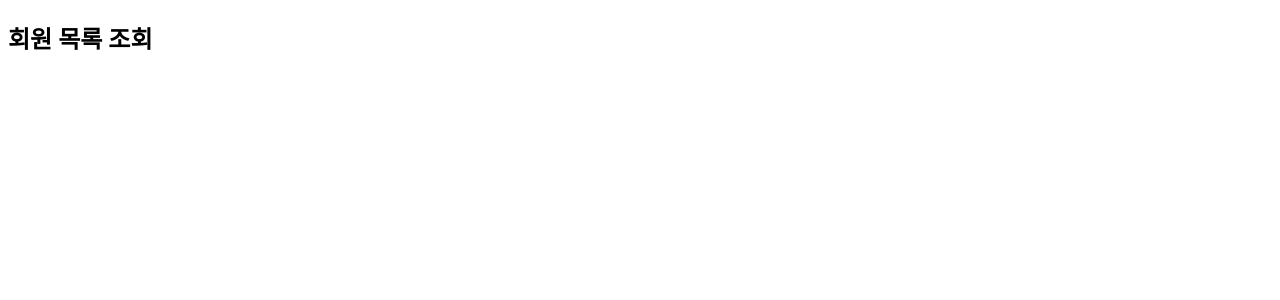
Repository: design-view/jspstudy
Page: http://localhost/GreenJsp/04jdbc/memberlist.jsp
The author's editor kept a copy of each file at every save. The page is drawn from the files as they stood at one save, then again after the next save.
The browser window is 1280 px wide. The pictures show the whole page.
The page is served by Tomcat 9. Other server files are loaded and not shown. Queries for data that is not in the repository find no rows.

Above is the page before, as saved 2024-01-15 02:31:15.

### GreenJsp/src/main/webapp/04jdbc/memberlist.jsp
<%@page import="java.util.ArrayList"%>
<%@page import="member.MemberDTO"%>
<%@page import="java.util.List"%>
<%@page import="java.util.Date"%>
<%@page import="java.sql.ResultSet"%>
<%@page import="java.sql.Statement"%>
<%@page import="common.JDBCConnect"%>
<%@ page language="java" contentType="text/html; charset=UTF-8"
    pageEncoding="UTF-8"%>
<!DOCTYPE html>
<html>
<head>
<meta charset="UTF-8">
<title>Insert title here</title>
</head>
<body>
	<h2>회원 목록 조회</h2>
	<%
		//오라클 접속
		JDBCConnect jdbc = new JDBCConnect();
		//쿼리문
		String sql = "select * from member";
		Statement stmt = jdbc.con.createStatement();
		ResultSet rs = stmt.executeQuery(sql);
		List<MemberDTO> memberlist = new ArrayList<MemberDTO>();
		while(rs.next()){
			MemberDTO member = new MemberDTO();
			member.setId(rs.getString("id"));
			member.setPass(rs.getString("pass"));
			member.setName(rs.getString("name"));
			member.setRegidate(rs.getDate("regidate"));
			memberlist.add(member);
		}
		jdbc.close();
	%>
</body>
</html>

### GreenJsp/src/main/java/common/JDBCConnect.java
package common;

import java.sql.Connection;
import java.sql.DriverManager;
import java.sql.PreparedStatement;
import java.sql.ResultSet;
import java.sql.SQLException;
import java.sql.Statement;

import javax.servlet.ServletContext;

public class JDBCConnect {
	//데이터베이스연결
	public Connection con;
	//정적 쿼리문을 실행할때 사용
	public Statement stmt;
	//동적 쿼리문을 실행할때 사용
	public PreparedStatement psmt;
	//select 쿼리문의 결과를 저장
	public ResultSet rs;

	//기본생성자
	public JDBCConnect() {
		try {
			//JDBC드라이버 로드
			Class.forName("oracle.jdbc.OracleDriver");
			//오라클 경로  jdbc:oracle:thin ---> 오라클 프로토콜
			//http://naver.com   jdbc:oracle:thin:@localhost:1521:xe
			String url = "jdbc:oracle:thin:@localhost:1521:xe";
			String id = "greenjsp";
			String pw = "green1234";
			con = DriverManager.getConnection(url,id,pw);
			System.out.println("JDBC 컨넥션 생성");
		} catch (Exception e) {
			// TODO Auto-generated catch block
			e.printStackTrace();
		}
	}
	//생성자 오버로딩
	public JDBCConnect(String driver, String url, String id, String pw) {

			try {
				//JDBC 드라이버 로드
				Class.forName(driver);
				//DB연결
				con = DriverManager.getConnection(url,id,pw);
				System.out.println("2번째 생성자로 생성");
			} catch (Exception e) {
				// TODO Auto-generated catch block
				e.printStackTrace();
			}


	}


	//생성자3
	public JDBCConnect(ServletContext application) {
		try {
			String driver = application.getInitParameter("OracleDriver");
			String url = application.getInitParameter("OracleURL");
			String id = application.getInitParameter("OracleId");
			String pw = application.getInitParameter("OraclePwd");
			//JDBC 드라이버 로드
			Class.forName(driver);
			//DB연결
			con = DriverManager.getConnection(url,id,pw);
			System.out.println("2번째 생성자로 생성");
		} catch (Exception e) {
			// TODO Auto-generated catch block
			e.printStackTrace();
		}
	}
	//연결해지
	public void close() {
			try {
				if(rs != null) rs.close();
				if(stmt != null) stmt.close();
				if(psmt != null) psmt.close();
				if(con != null) con.close();
				System.out.println("자원해지");
			} catch (SQLException e) {
				// TODO Auto-generated catch block
				e.printStackTrace();
			}
	}

}

After the next save:
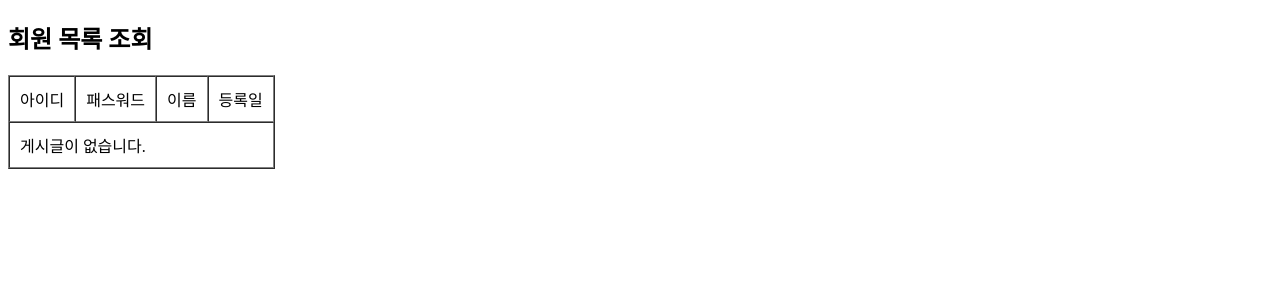
Saved 14 min 55 s later.
--- a/GreenJsp/src/main/webapp/04jdbc/memberlist.jsp
+++ b/GreenJsp/src/main/webapp/04jdbc/memberlist.jsp
@@ -33,5 +33,33 @@
 		}
 		jdbc.close();
 	%>
+	<table border="1" cellpadding="10" cellspacing="0">
+		<tr>
+			<td>아이디</td>
+			<td>패스워드</td>
+			<td>이름</td>
+			<td>등록일</td>
+		</tr>
+		<%
+			if(memberlist.isEmpty()){
+		%>
+		<tr>
+			<td colspan="4">게시글이 없습니다.</td>
+		</tr>
+		<%
+			}else {
+				for(MemberDTO m: memberlist){
+		%>
+		<tr>
+			<td><%=m.getId()%></td>
+			<td><%=m.getPass()%></td>
+			<td><%=m.getName()%></td>
+			<td><%=m.getRegidate()%></td>
+		</tr>
+		<%
+				}
+			}
+		%>
+	</table>
 </body>
 </html>
